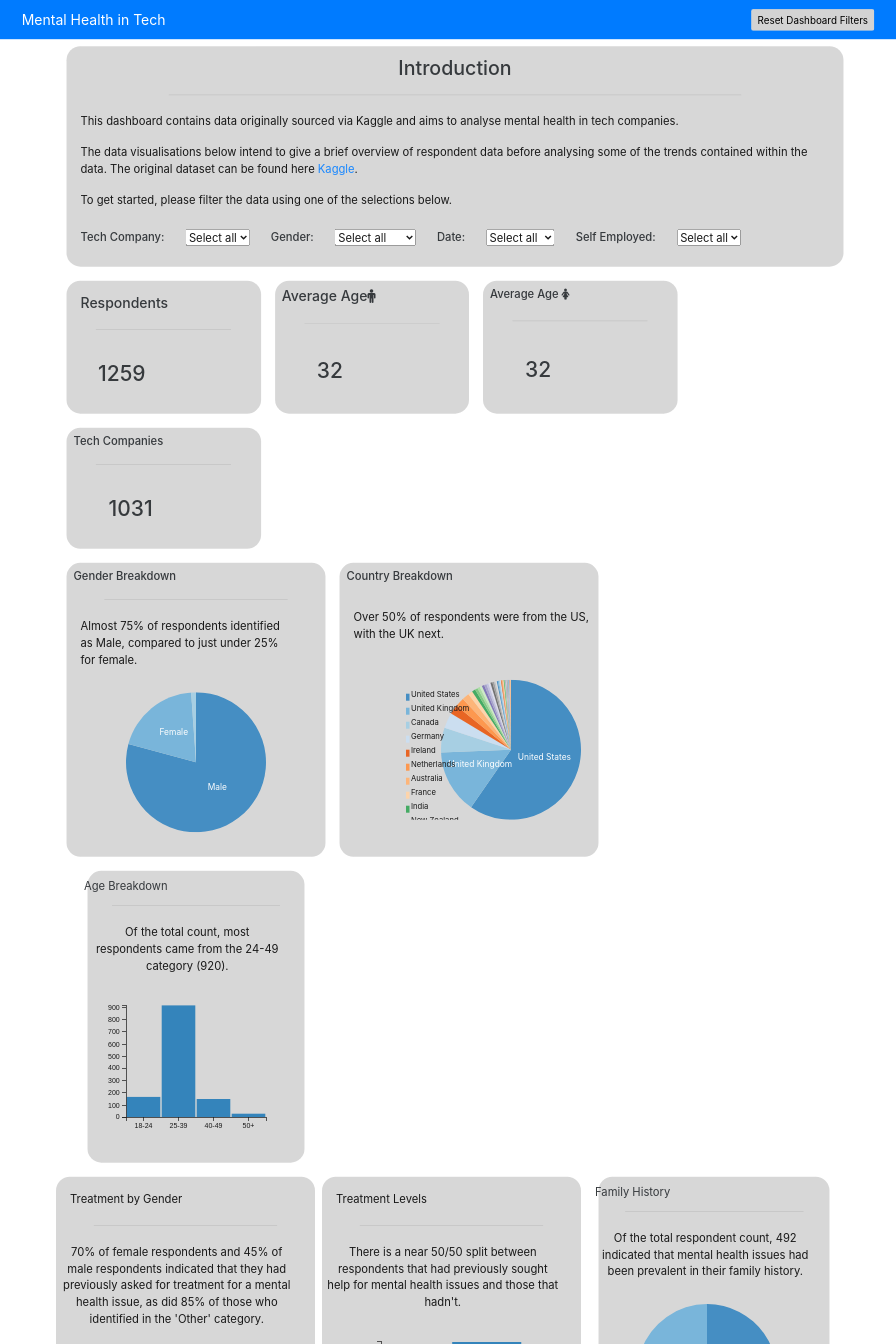
Repository: martingr1/mhdashboard
Page: index.html
The author's editor kept a record of every edit. The page is drawn from the files as they stood at one moment, then again after the next edit.
The browser window is 1280 px wide. The pictures show the part of the page from y = 0 to 1920 px (the page is 2885 px tall), at 70% of full size.
Some web libraries are served in a nearby version.

Above is the page before.

### index.html
<html>

<head>

    <meta charset="UTF-8">
    <meta name="viewport" content="width=device-width, initial-scale=1.0">
    <meta http-equiv="X-UA-Compatible" content="ie=edge">
    <title>Mental Health in Tech</title>

    <link rel="stylesheet" href="https://stackpath.bootstrapcdn.com/bootstrap/4.3.1/css/bootstrap.min.css" integrity="sha384-ggOyR0iXCbMQv3Xipma34MD+dH/1fQ784/j6cY/iJTQUOhcWr7x9JvoRxT2MZw1T" crossorigin="anonymous">
    <link rel="stylesheet" href="static/css/dc.min.css" type="text/css" />
    <link rel="stylesheet" type="text/css" href="https://maxcdn.bootstrapcdn.com/font-awesome/4.7.0/css/font-awesome.min.css">
    <link rel="stylesheet" href="static/css/style.css" type="text/css" />


    <script type="text/javascript" src="static/js/d3.min.js"></script>
    <script type="text/javascript" src="static/js/crossfilter.min.js"></script>
    <script type="text/javascript" src="static/js/dc.min.js"></script>
    <script type="text/javascript" src="static/js/queue.min.js"></script>
    <script type="text/javascript" src="static/js/graph.js"></script>

</head>

<body class="">

    <nav class="navbar navbar-dark bg-primary">
        <div class="container-fluid">
            <a class="navbar-brand" href="#">Mental Health in Tech</a> <button id="reset_button" class="btn btn-sm btn-default">Reset Dashboard Filters</button>
        </div>
    </nav>

    <section class="container">

        <section class="section">
            <div class="container">
                <div class="row">
                    <div class="content-box col-xs-12 col-sm-12">
                        <h3 class="header">Introduction</h3>
                        <div class="row no-gutters">
                            <hr class="line">
                            <p class="chart-text">This dashboard contains data originally sourced via Kaggle and aims to analyse mental health in tech companies.<br></p>
                            <p class="chart-text">The data visualisations below intend to give a brief overview of respondent data before analysing some of the trends contained within the data. The original dataset can be found here <a href="https://www.kaggle.com/osmi/mental-health-in-tech-survey">Kaggle</a>.<br></p>
                            <p class="chart-text">To get started, please filter the data using one of the selections below.</p>
                        </div>
                        <div class="row no-gutters">
                            <h6 class="sub-header">Tech Company:</h6>
                            <span class="filter" id="select_company"></span>
                        </div>
                        <div class="row no-gutters">
                            <h6 class="sub-header">Gender:</h6>
                            <span class="filter" id="select_gender"></span>
                        </div>
                        <div class="row no-gutters">
                            <h6 class="sub-header">Date:</h6>
                            <span class="filter" id="select_date"></span>
                        </div>
                        <div class="row no-gutters">
                            <h6 class="sub-header">Self Employed:</h6>
                            <span class="filter" id="select_worktype"></span>
                        </div>
                    </div>
                </div>
        </section>
        <section class="section">
            <div class="container">
                <div class="row">
                    <div class="content-box col-xs-12 col-sm-12 col-md-3">
                        <div class="row no-gutters">
                            <h5 class="sub-header">Respondents</h5>
                        </div>
                        <hr class="line">
                        <div class="row">
                            <div class="chart" id="respondents_display"></div>
                        </div>
                    </div>

                    <div class="content-box col-xs-12 col-sm-12 col-md-3">
                        <div class="row no-gutters">
                            <h5>Average Age<i class="icon fa fa-male" aria-hidden="true"></i></h5>
                        </div>
                        <hr class="line">
                        <div class="row no-gutters">
                            <div class="chart" id="average_age_male"></div>
                        </div>
                    </div>

                    <div class="content-box col-xs-12 col-sm-12 col-md-3">
                        <div class="row no-gutters">
                            <h6>Average Age <i class="icon fa fa-female" aria-hidden="true"></i></h6>
                        </div>
                        <hr class="line">
                        <div class="row no-gutters">
                            <div class="chart" id="average_age_gender"></div>
                        </div>
                    </div>

                    <div class="content-box col-xs-12 col-sm-12 col-md-3">
                        <div class="row no-gutters">
                            <h6>Tech Companies</h6>
                        </div>
                        <hr class="line">
                        <div class="row no-gutters">
                            <div class="chart" id="tech_display"></div>
                        </div>
                    </div>
                </div>
            </div>
        </section>

        <section class="section">
            <div class="container">
                <div class="row">
                    <div class="content-box col-xs-12 col-sm-12 col-md-4">
                        <div class="row no-gutters">
                            <h6>Gender Breakdown
                                <h6>
                        </div>
                        <hr class="line">
                        <p class="chart-text">Almost 75% of respondents identified as Male, compared to just under 25% for female.</p>
                        <div class="row no-gutters">
                            <div class="chart" id="gender_breakdown"></div>
                        </div>
                    </div>

                    <div class="content-box col-xs-12 col-sm-12 col-md-4">
                        <div class="row no-gutters">
                            <div class="row no-gutters">
                                <h6>Country Breakdown
                                    <h6>
                            </div>
                            <div>
                                <p class="chart-text">Over 50% of respondents were from the US, with the UK next.</p>
                            </div>
                            <div class="row">
                                <div class="chart country-pie" id="country_breakdown"></div>
                            </div>
                        </div>
                    </div>
                </div>
                </article>

                <article class="article col-xs-12 col-sm-6 col-lg-4">
                    <div class="row no-gutters text-center">
                        <div class="row content-box">
                            <div class="row">
                                <div class="text-center">Age Breakdown</div>
                                <hr class="line">
                                <div>
                                    <p class="chart-text">Of the total count, most respondents came from the 24-49 category (920).</p>
                                </div>
                                <div class="row">
                                    <div class="chart" id="age_breakdown"></div>
                                </div>
                            </div>
                        </div>
                    </div>
                </article>
            </div>
            </div>
        </section>


        <div class="row">
            <article class="article col-sm-12 col-md-6 col-lg-4">
                <div class="row text-center">
                    <div class="row content-box">
                        <div class="row text-center chart-text">Treatment by Gender</div>
                        <hr class="line">
                        <div class="row text-center">
                            <p class="chart-text">70% of female respondents and 45% of male respondents indicated that they had previously asked for treatment for a mental health issue, as did 85% of those who identified in the 'Other' category. </p>
                        </div>
                        <div class="chart" id="treatment_by_gender"></div>
                    </div>
                </div>
            </article>

            <article class="article col-sm-12 col-md-6 col-lg-4">
                <div class="row text-center">
                    <div class="row content-box">
                        <div class="row text-center chart-text">Treatment Levels</div>
                        <hr class="line">
                        <div class="row text-center">
                            <p class="chart-text">There is a near 50/50 split between respondents that had previously sought help for mental health issues and those that hadn't.</p>
                        </div>
                        <div class="chart" id="treatment_chart"></div>
                    </div>
                </div>
            </article>

            <article class="article col-xs-12 col-sm-6 col-lg-4">
                <div class="row no-gutters text-center">
                    <div class="row content-box">
                        <div class="row">
                            <div class="text-center">Family History</div>
                            <hr class="line">
                            <div>
                                <p class="chart-text">Of the total respondent count, 492 indicated that mental health issues had been prevalent in their family history.</p>
                            </div>
                            <div class="row">
                                <div class="chart" id="family_history"></div>
                            </div>
                        </div>
                    </div>
                </div>
            </article>
        </div>

        <div class="row">
            <article class="article col-xs-12 col-sm-6 col-lg-4">
                <div class="row no-gutters text-center">
                    <div class="row content-box">
                        <div class="row">
                            <div class="text-center">Physical Impact</div>
                            <hr class="line">
                            <div>
                                <p class="chart-text">Respondents were asked if they felt that discussing a physical health issue with their employer would have negative consequences. 7% of women and 4% of men felt that there would.</p>
                            </div>
                            <div class="row">
                                <div class="chart" id="physical_impact"></div>
                            </div>
                        </div>
                    </div>
                </div>
            </article>

            <article class="article col-xs-12 col-sm-6 col-lg-4">
                <div class="row no-gutters text-center">
                    <div class="row content-box">
                        <div class="row">
                            <div class="text-center">Mental Impact</div>
                            <hr class="line">
                            <div>
                                <p class="chart-text">Respondents were asked if they felt that discussing a mental health issue with their employer would have negative consequences. 27% of women and 22% of men felt that there would. This contrasts to the much lower numbers
                                    for physical health.</p>
                            </div>
                            <div class="row">
                                <div class="chart" id="mental_impact"></div>
                            </div>
                        </div>
                    </div>
                </div>
            </article>

            <article class="article col-xs-12 col-sm-6 col-lg-4">
                <div class="row no-gutters text-center">
                    <div class="row content-box">
                        <div class="row">
                            <div class="text-center">Wellness Program</div>
                            <hr class="line">
                            <div>
                                <p class="chart-text">The majority of respondents indicated that mental health was not included as part of an employee wellness program.</p>
                            </div>
                            <div class="row">
                                <div class="chart" id="wellness_chart"></div>
                            </div>
                        </div>
                    </div>
                </div>
            </article>
        </div>
    </section>

    <script src="https://code.jquery.com/jquery-3.2.1.min.js" integrity="sha256-hwg4gsxgFZhOsEEamdOYGBf13FyQuiTwlAQgxVSNgt4=" crossorigin="anonymous"></script>
    <script type="text/javascript" src="static/js/scripts.js"></script>
</body>

</html>

### static/css/style.css
.background-image {
	background-image: url("static/images/clouds_sunset_sky_119785_3840x2400.jpg");
}

.btn {
	color: #000000;
	background-color: #D3D3D3;
}

.filter {
	margin: 10px;
	padding: 10px;
}

.header {

	position: relative;
	margin: auto;
	text-align: center;
	padding: 5px;

}

.sub-header {
	margin: auto;
	padding: 10px;
}

.chart-text {
	font-size: medium;
	color: black;
	padding-right: 25px;
	margin: 10px;
}

.line {
	margin: 15px auto 15px;
	color: #000000;
	width: 75%;
}

.content-box {

	box-sizing: border-box;
	border-radius: 20px;
	background-color: #D3D3D3;
	opacity: 0.9;
	display: flex;
	flex-wrap: wrap;
	margin: 10px;
	padding: 10px;
}

.number-display {

	font-size: 30px;
	font-weight: 500;
	margin: auto;
	padding: 25px;
	text-align: center;

}


.chart {
	height: auto;
	margin: 25px;
}


.country-pie {
	margin-left: 100px;
}

### static/js/scripts.js
$('#reset_button').click(function() {
    dc.filterAll();
    dc.renderAll();
});

Loaded but not shown: static/css/dc.min.css (library); static/js/d3.min.js (library); static/js/crossfilter.min.js (library); static/js/dc.min.js (library); static/js/queue.min.js (common file); static/js/graph.js (406 lines, source omitted)

After the next edit:
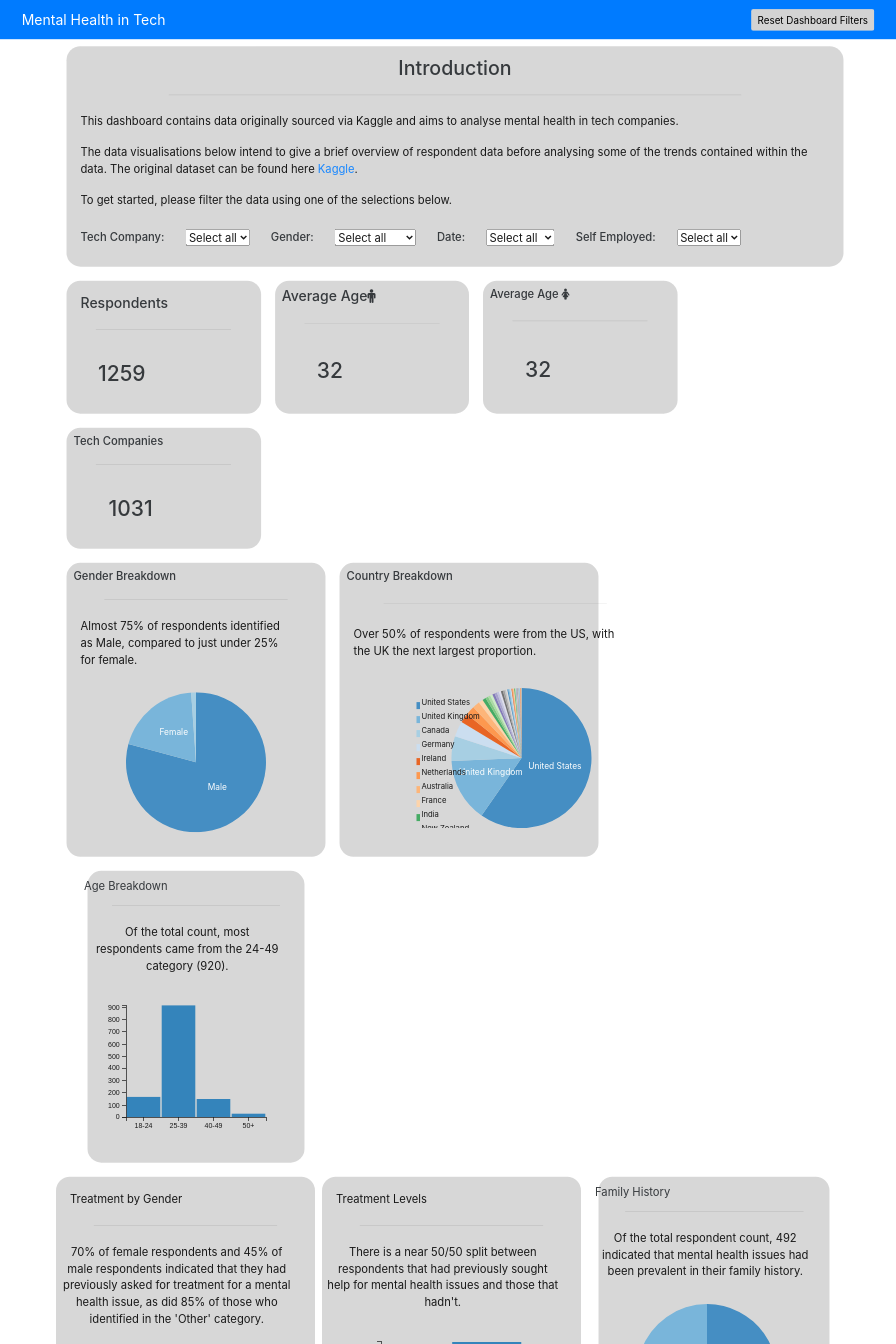
The edit:
--- a/index.html
+++ b/index.html
@@ -128,10 +128,9 @@
                                 <h6>Country Breakdown
                                     <h6>
                             </div>
-                            <div>
-                                <p class="chart-text">Over 50% of respondents were from the US, with the UK next.</p>
-                            </div>
-                            <div class="row">
+                            <hr class="line">
+                                <p class="chart-text">Over 50% of respondents were from the US, with the UK the next largest proportion.</p>
+                            <div class="row no-gutters">
                                 <div class="chart country-pie" id="country_breakdown"></div>
                             </div>
                         </div>
